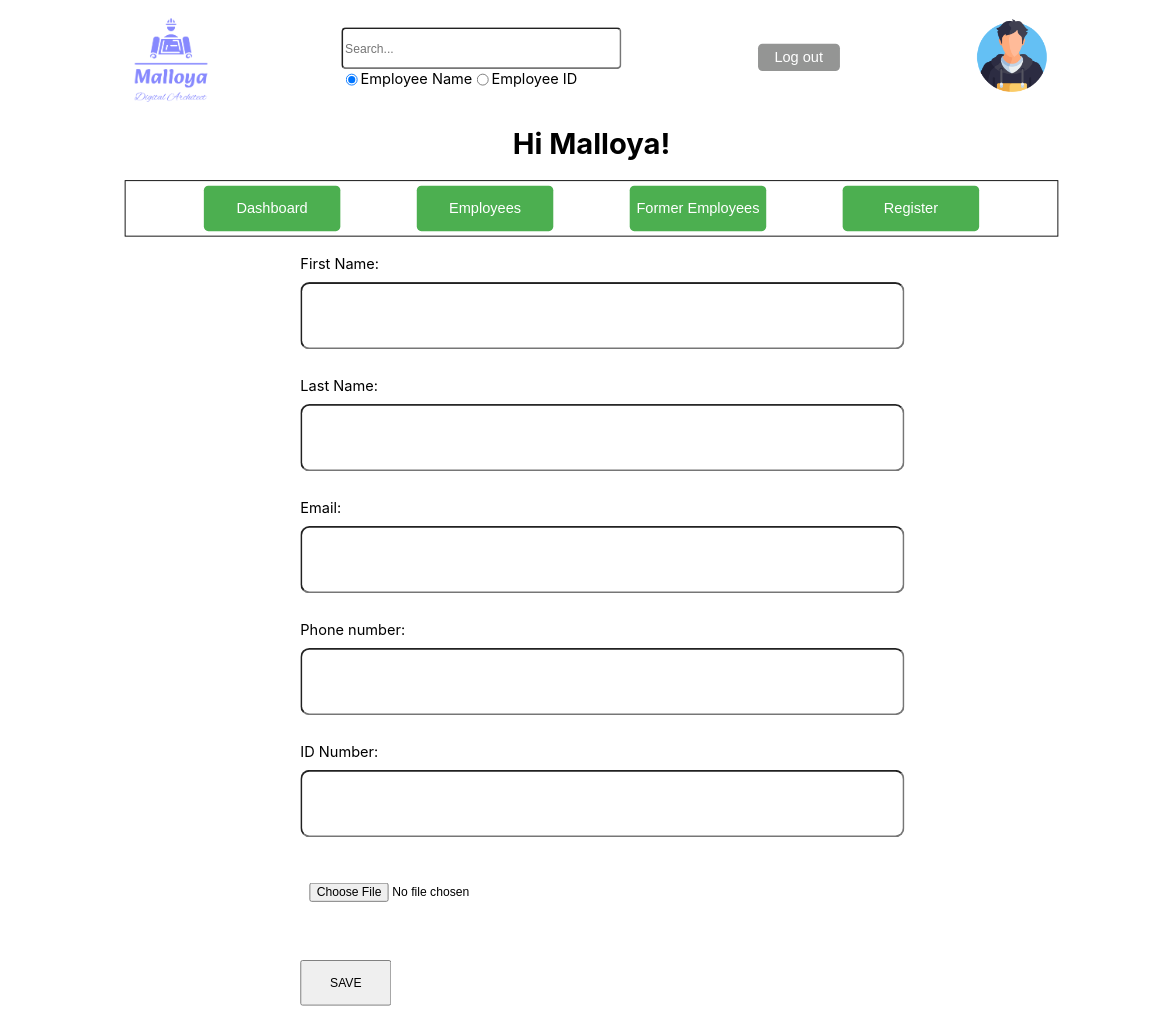
Repository: SbuKhoza/register
Page: /register
An editor plug-in stored every save of this project. The page is shown before and after a run of saves, followed by the edit.
The browser window is 1280 px wide. The page is 1290 px wide, so the pictures cover 1290 px, including what lies to the right of the window. The pictures show the whole page, at 91% of full size.
The project was rebuilt for these pictures with package versions that can differ from the ones it lists, and the page was loaded fresh each time. Also part of the build but not shown: src/Home.js, src/Login.js, src/Employee.css, src/Employ.js, src/Employee.js, src/FEmployee.css, src/Fempl.js, src/FEmployee.js and 2 more.

Above is the page before, as saved 2024-07-22 15:13:27.

### src/App.js
import './App.css';
import Home from './Home';
import Login from './Login';
import Employee from './Employee';
import FEmployee from './FEmployee';
import Register from './Register';
import EditEmployee from './EditEmployee';
import { BrowserRouter, Routes, Route } from "react-router-dom";

function App() {
    return (
        <div className="App">
            <BrowserRouter>
                <Routes>
                    <Route path="/" element={<Login />} />
                    <Route path="/home" element={<Home />} />
                    <Route path="/employees" element={<Employee />} />
                    <Route path="/former-employees" element={<FEmployee />} />
                    <Route path="/register" element={<Register />} />
                    <Route path="/edit-employee/:id" element={<EditEmployee />} />
                </Routes>
            </BrowserRouter>
        </div>
    );
}

export default App;

### src/App.css
body {
    height: 100vh;

}

### src/Register.js
import React, { useState } from 'react';
import './Home.css';
import Form from './Form';
import { useNavigate } from 'react-router-dom';

function Register() {
    const [searchOption, setSearchOption] = useState('fname');
    const [searchValue, setSearchValue] = useState('');
    const navigate = useNavigate();

    const handleOptionChange = (event) => {
        setSearchOption(event.target.value);
        setSearchValue('');
    };

    const handleSearchChange = (event) => {
        const value = event.target.value;
        if (searchOption === 'fname') {
            if (/^[a-zA-Z]*$/.test(value)) {
                setSearchValue(value);
            }
        } else if (searchOption === 'emp-id') {
            if (/^\d*$/.test(value)) {
                setSearchValue(value);
            }
        }
    };

    const handleSearch = () => {
        console.log(`Searching for ${searchValue} by ${searchOption}`);
    };

    const handleLogout = () => {
        navigate('/');
    };

    return (
        <div className="App">
            <div className='container'>
                <div className='heading'>
                    <nav>
                        <div className='logo'>
                            <img src='logo.png' alt='logo'></img>
                        </div>

                        <div className='search'>
                            <input type='text' placeholder='Search...' id='search'
                                value={searchValue}
                                onChange={handleSearchChange}
                            ></input>
                            <div className='rad'>
                                <input
                                    type='radio'
                                    id='nam'
                                    name='searchOption'
                                    value='fname'
                                    checked={searchOption === 'fname'}
                                    onChange={handleOptionChange}
                                ></input>
                                <label htmlFor='nam'>Employee Name</label>
                                <input
                                    type='radio'
                                    id='eid'
                                    name='searchOption'
                                    value='emp-id'
                                    checked={searchOption === 'emp-id'}
                                    onChange={handleOptionChange}
                                ></input>
                                <label htmlFor='eid'>Employee ID</label>
                            </div>
                        </div>

                        <div className='logout'>
                            <button type='button' className='btn' onClick={handleLogout}>Log out</button>
                        </div>

                        <div className='profile'>
                            <img src='boy.png' alt='profile'></img>
                        </div>
                    </nav>
                </div>

                <div className='nav2'>
                    <h1>Hi Malloya!</h1>
                </div>

                <div className='nav3'>
                    <div className='dash'>
                        <button type='button' className='btn' onClick={() => navigate('/home')}>Dashboard</button>
                        <button type='button' className='btn' onClick={() => navigate('/employees')}>Employees</button>
                        <button type='button' className='btn' onClick={() => navigate('/former-employees')}>Former Employees</button>
                        <button type='button' className='btn' onClick={() => navigate('/register')}>Register</button>
                    </div>
                </div>

                <div className='main'>
                    <Form />
                </div>
            </div>
        </div>
    );
}

export default Register;

### src/Home.css


.container {
    display: grid;
    height: 100vh;
    width: 100%;
    margin: 10px;
    grid-template-columns: 0.5fr 1fr 1fr 0.5fr;
    grid-template-rows: 0.3fr 0.2fr 0.3fr 2fr;
    grid-template-areas: 'nav nav nav nav'
    'nav2 nav2 nav2 nav2'
    'nav3 nav3 nav3 nav3'
    'body body body body'

}

.heading {
    grid-area: nav;
    display: flex;
    width: 100%;
    justify-content: center;
    align-items: center;
}


nav {
    width: 90%;
    grid-area: nav;
    display: flex;
    justify-content: space-around;
    align-items: center;
}

.logo {
    margin-top: 10px;
    width: 80px;

}

.logo img {
    width: 100%;
    object-fit:fill;
}

.profile {
    width: 80px;
}

.profile img {
    width: 100%;
    object-fit: cover;
}
.search {
    display: flex;
    flex-direction: column;
}

.rad {
    display: flex;
}

#search {
    height: 40px;
    width: 300px;
    border-radius: 5px;
}

.btn {
    height: 30px;
    width: 90px;
    background-color: #6a6b6ab6;
    color: white;
    border: none;
    border-radius: 5px;
    text-align: center;
    text-decoration: none;
    display: inline-block;
    font-size: 16px;
    margin: 4px 2px;
}

.nav2 {
    grid-area: nav2;
    text-align: center;

}


.nav3 {
    grid-area: nav3;
    display: flex;
    justify-content: space-around;
    align-items: center;
}

.dash {
    width: 80%;
    height: 60px;
    border: 1px solid black;
    display: flex;
    justify-content: center;
    align-items: center;
    gap:80px;

}

.dash button {
    width: 150px;
    height: 50px;
    background-color: #4CAF50;
    color: white;
    border: none;
    border-radius: 5px;
    text-align: center;
    text-decoration: none;
    display: inline-block;
    font-size: 16px;
    margin: 4px 2px;
    cursor: pointer;

}

.main {
    grid-area: body;
    display: flex;
    justify-content: center;

}

### src/Form.js
import './Form.css';
import { useState } from 'react';

const Form = () => {
    const [formData, setFormData] = useState({
        name: '', sname: '', email: '', phone: '', idnum: '',
    });

    const [errors, setErrors] = useState({});
    const [successMessage, setSuccessMessage] = useState('');

    const handleChange = (e) => {
        setFormData({
            ...formData,
            [e.target.name]: e.target.value,
        });
    };

    const validate = () => {
        const errors = {};
        if (!formData.name) errors.name = 'First name is required';
        if (!formData.sname) errors.sname = 'Last name is required';
        if (!formData.email) {
            errors.email = 'Email is required';
        } else if (!/\S+@\S+\.\S+/.test(formData.email)) {
            errors.email = 'Email address is invalid';
        }
        if (!formData.phone) {
            errors.phone = 'Phone number is required';
        } else if (!/^0\d{9}$/.test(formData.phone) && !/^27\d{9}$/.test(formData.phone)) {
            errors.phone = 'Phone number must start with "0" or "27" and be followed by 9 digits';
        }
        if (!formData.idnum) {
            errors.idnum = 'ID number is required';
        } else if (!/^\d{13}$/.test(formData.idnum)) {
            errors.idnum = 'ID number must be exactly 13 digits';
        }

        return errors;
    };

    const handleSubmit = (e) => {
        e.preventDefault();
        const errors = validate();
        if (Object.keys(errors).length === 0) {
            // Save data to localStorage
            let employees = JSON.parse(localStorage.getItem('employees')) || [];
            employees.push(formData);
            localStorage.setItem('employees', JSON.stringify(employees));

            // Set success message and clear form
            setSuccessMessage('Saved successfully');
            setFormData({
                name: '', sname: '', email: '', phone: '', idnum: '',
            });

            // Clear success message after 3 seconds
            setTimeout(() => setSuccessMessage(''), 3000);
        } else {
            setErrors(errors);
        }
    };

    return (
        <div className="r-form">
            <form onSubmit={handleSubmit}>
                <label htmlFor='name'>First Name:</label><br></br>
                <input type='text' id='name' name='name' value={formData.name} onChange={handleChange} /><br></br>
                {errors.name && <span className="error">{errors.name}</span>}<br></br>

                <label htmlFor='sname'>Last Name:</label><br></br>
                <input type='text' id='sname' name='sname' value={formData.sname} onChange={handleChange} /><br></br>
                {errors.sname && <span className="error">{errors.sname}</span>}<br></br>

                <label htmlFor='email'>Email:</label><br></br>
                <input type='text' id='email' name='email' value={formData.email} onChange={handleChange} /><br></br>
                {errors.email && <span className="error">{errors.email}</span>}<br></br>

                <label htmlFor='phone'>Phone number:</label><br></br>
                <input type='text' id='phone' name='phone' value={formData.phone} onChange={handleChange} /><br></br>
                {errors.phone && <span className="error">{errors.phone}</span>}<br></br>

                <label htmlFor='idnum'>ID Number:</label><br></br>
                <input type='text' id='idnum' name='idnum' value={formData.idnum} onChange={handleChange} /><br></br>
                {errors.idnum && <span className="error">{errors.idnum}</span>}<br></br>

                <input type="file" id="myFile" name="filename" /><br></br>

                <button type="submit" value="Submit">SAVE</button>
            </form>

            {successMessage && <div className="success-message">{successMessage}</div>}
        </div>
    );
};

export default Form;

### src/Login.css


.fcontainer {
    padding-top: 50px;
    width: 100%;
    display: flex;
    flex-direction: column;
    justify-content: center;
    align-items: center;
    text-align: center;
}

form input {
    width: 100%;
    padding: 10px;
    margin-bottom: 10px;
    border-radius: 5px;
}

.fcontainer img {
    width: 250px;
}

### src/Form.css
.r-form {
    padding: 20px;
    width: 50%;
    margin: 0 auto;
}

.r-form input {
    margin-top: 10px;
    width: 100%;
    height: 50px;
    border-radius: 10px;
}

.r-form button {
    margin-top: 15px;
    width: 100px;
    height: 50px;
}

.button-container {
    display: flex;
    justify-content: center;
}

.error {
    color: red;
    font-size: 12px;
    margin-top: 5px;
}

Loaded but not shown: public/index.html (common file); src/index.js (common file); src/index.css (common file); src/reportWebVitals.js (common file)

After the next 2 saves:
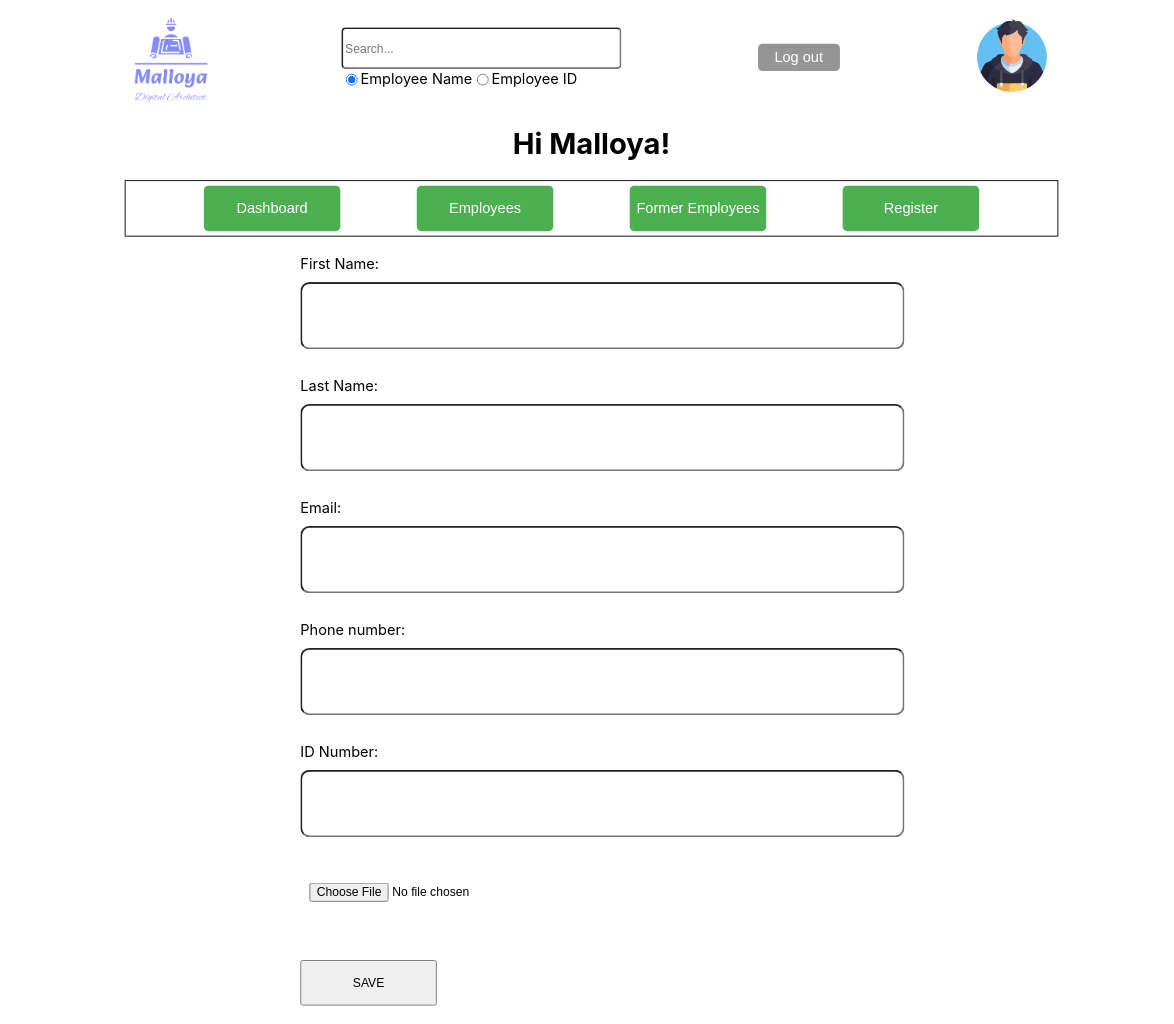
The 2 saves are shown as one change because they came seconds apart.
The last was saved 12 s later.
--- a/src/Form.css
+++ b/src/Form.css
@@ -13,7 +13,7 @@
 
 .r-form button {
     margin-top: 15px;
-    width: 100px;
+    width: 150px;
     height: 50px;
 }
 
